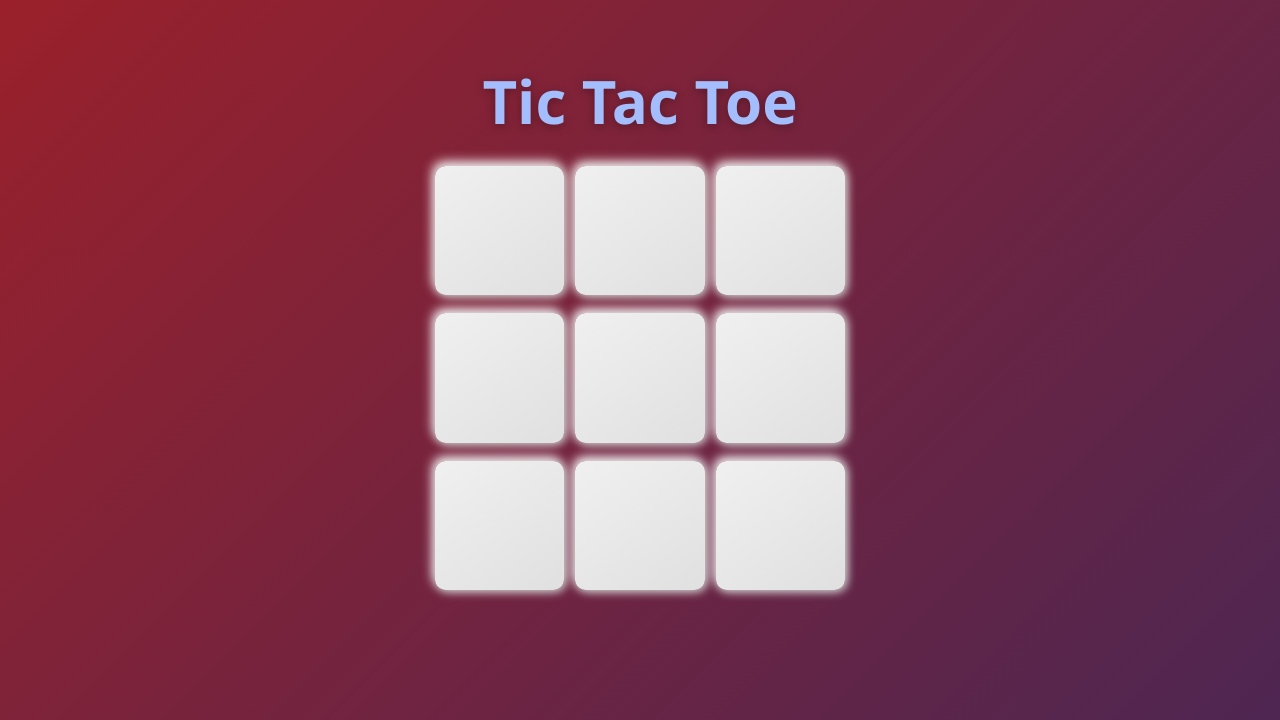
Repository: AreezAnsari/Tic-Tac-Toe
Page: Game/Game.html
The author's editor kept a copy of each file at every save. The page is drawn from the files as they stood at one save, then again after the next save.
The browser window is 1280 px wide. The pictures show the whole page.

Above is the page before, as saved 2025-07-22 07:44:38.
Console error: TypeError: box.addEventListener is not a function

After the next save:
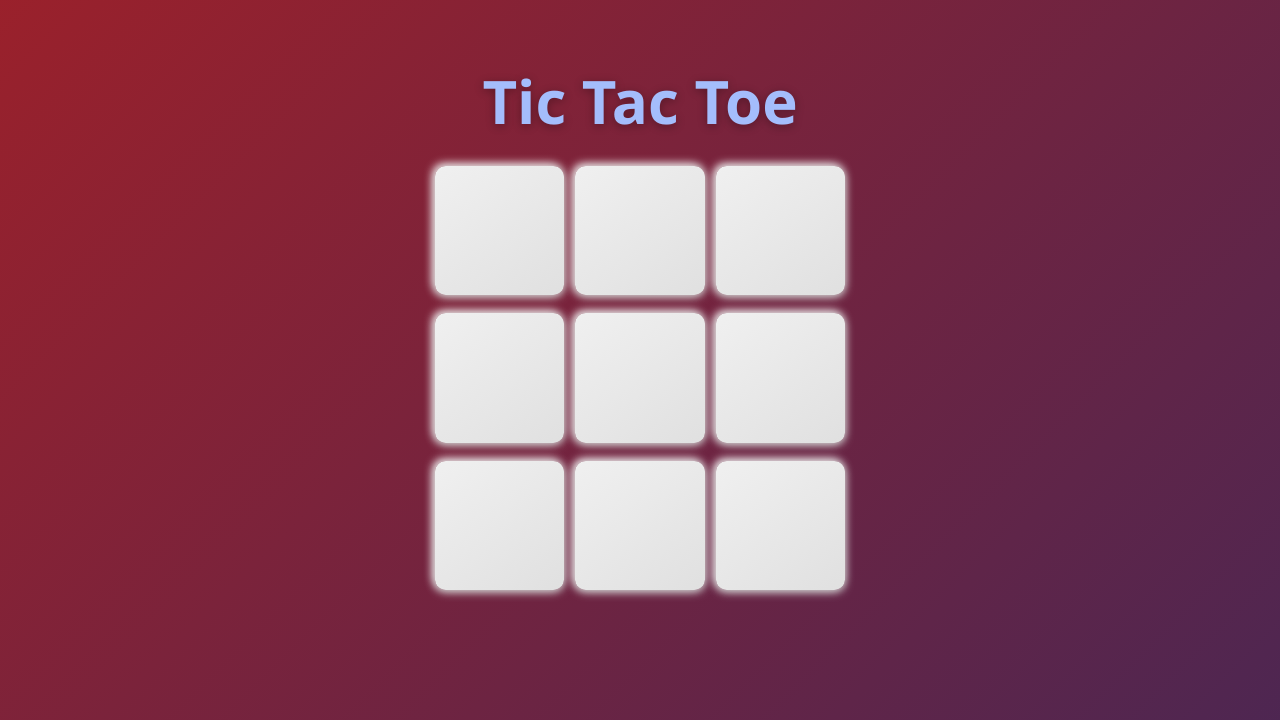
Saved 10 s later.
--- a/Game/Game.css
+++ b/Game/Game.css
@@ -56,7 +56,7 @@
   font-size: clamp(2.2rem, 6vmin, 4.5rem); /* Responsive size */
   border: none;
   border-radius: 1.5vmin;
-  box-shadow: 2px 2px 10px #c8c8c8, -2px -4px 12px #ffffff; /* Neumorphic effect */
+  box-shadow: 0px 2px 10px #c8c8c8, -2px -2px 10px #ffffff; /* Neumorphic effect */
   cursor: pointer;
   transition: all 0.25s ease;
   animation: popIn 0.4s ease;
